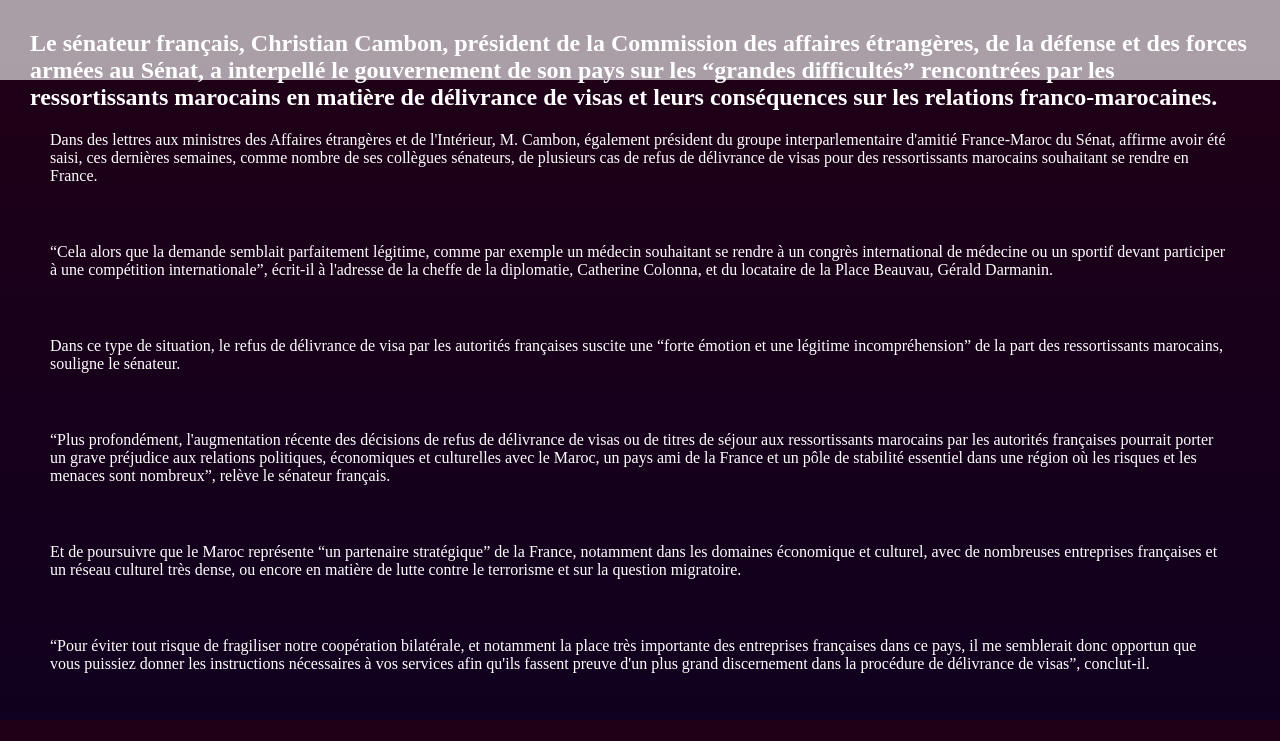
Repository: SD-Mdouka/site-n-b
Page: /
An editor plug-in stored every save of this project. The page is shown before and after the next save, followed by the edit.
The browser window is 1280 px wide. The pictures show the part of the page from y = 720 to 1536 px (the page is 1461 px tall before and 1536 px after).
Pictures or frames that could not be fetched are drawn as grey boxes. The project was rebuilt for these pictures with package versions that can differ from the ones it lists, and the page was loaded fresh each time.

Above is the page before, as saved 2022-09-22 16:20:39.

After the next save:
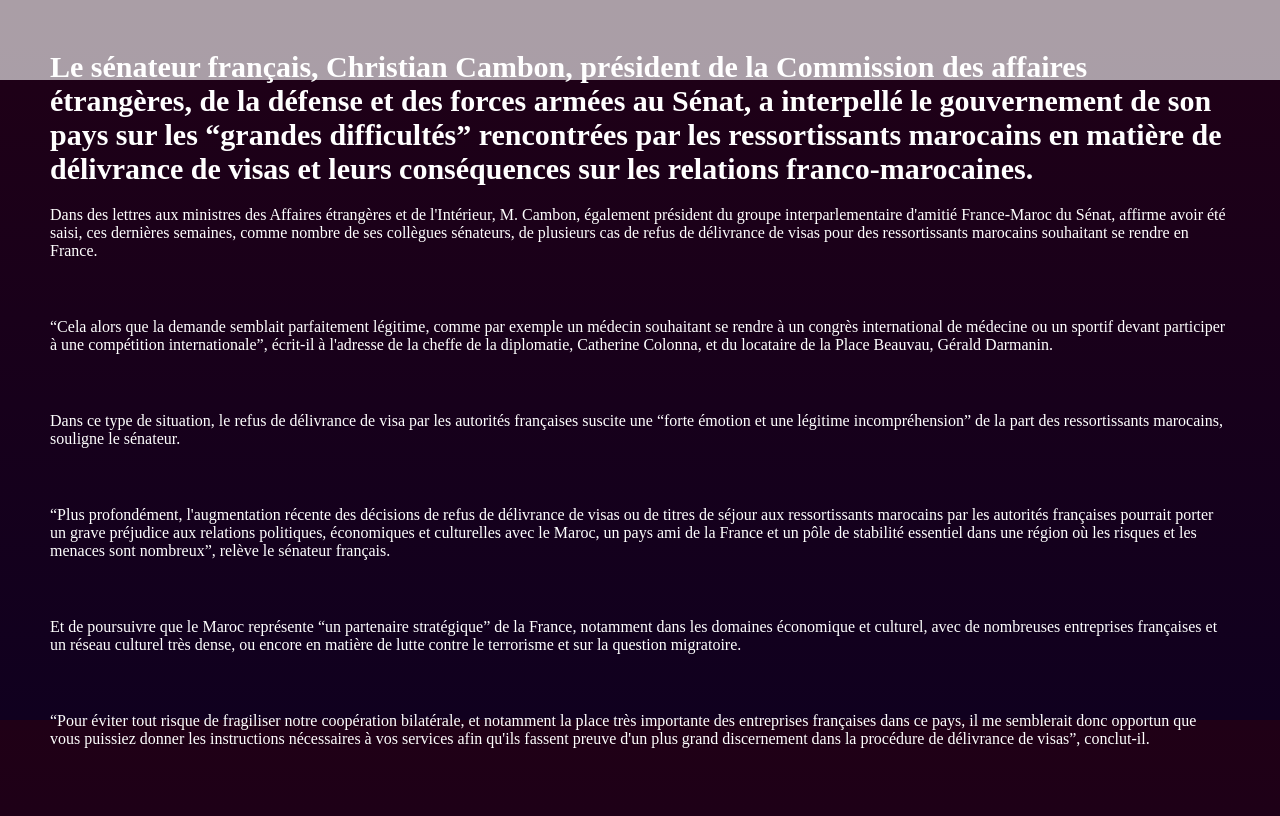
Saved 50 s later.
--- a/src/App.css
+++ b/src/App.css
@@ -98,14 +98,7 @@ header ul li a:hover,
     margin: 20px;
 }
 
-
-/*
-
-
-
 .content h2 {
     margin: 20px;
     font-size: 30px;
 }
-
- */
